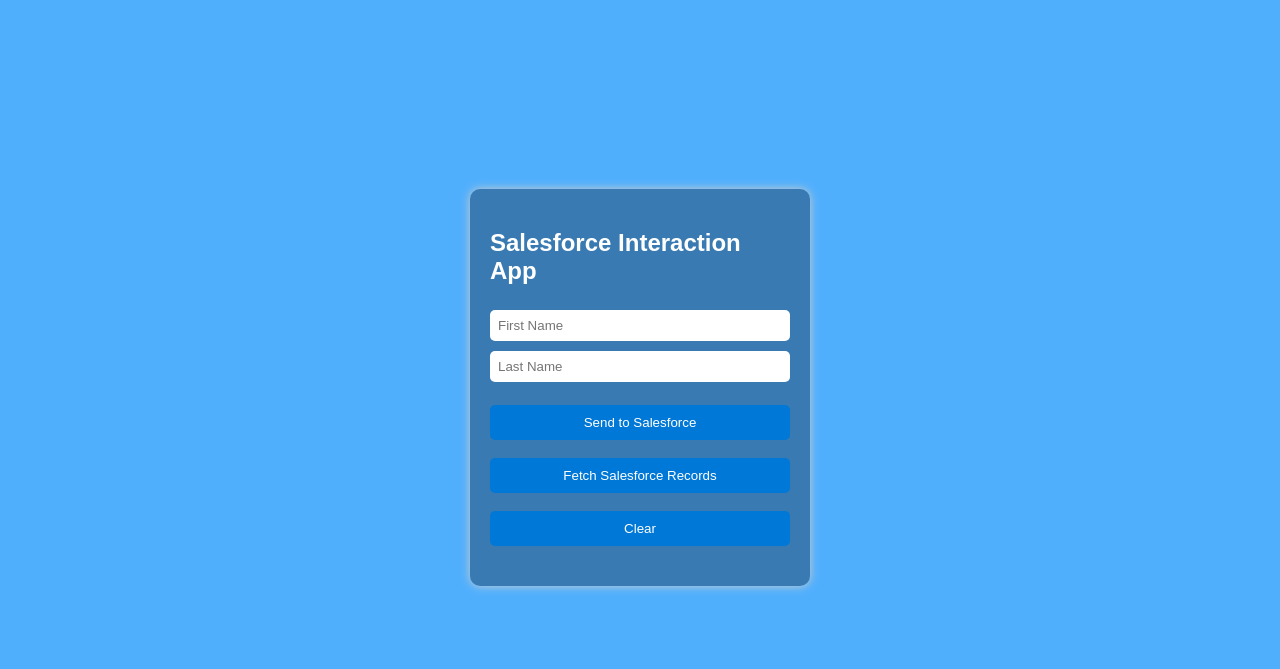
Repository: PamodaW/SalesforceSync
Page: Client/index.html
These files come from the project's save history. The page is drawn as it stood at one moment and after the next save; the edit follows.
The browser window is 1280 px wide. The pictures show the whole page.

Above is the page before, as saved 2024-11-20 15:38:22.

After the next save:
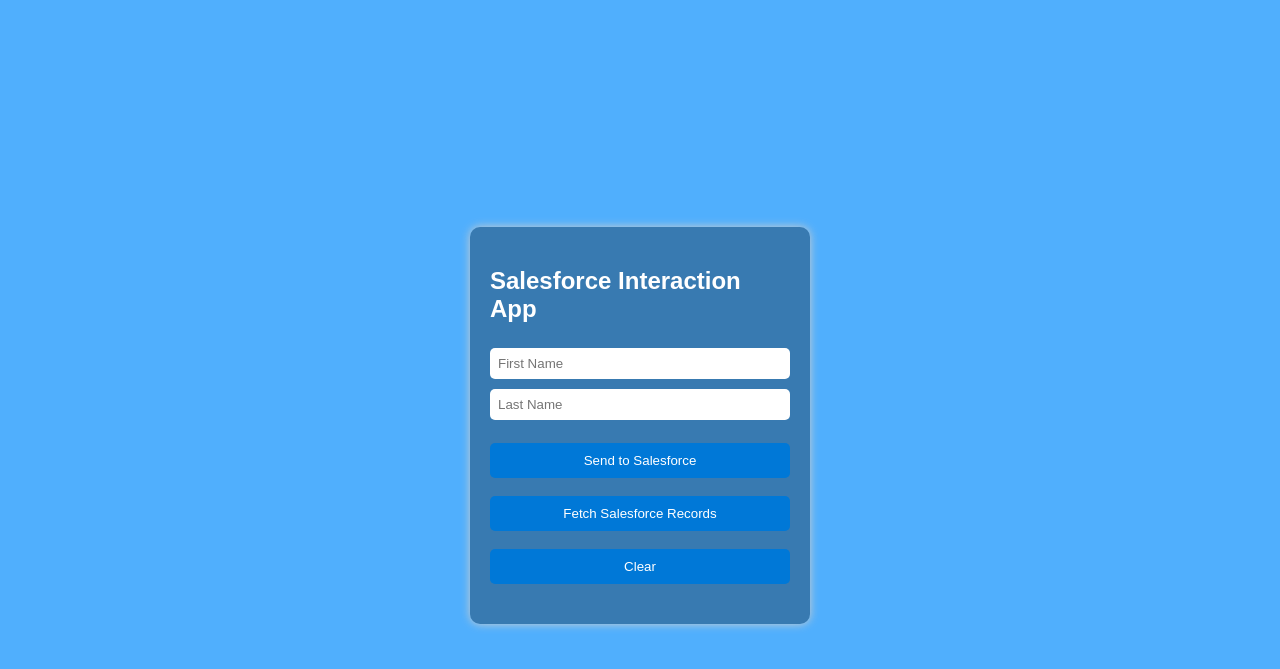
Saved 10 s later.
--- a/Client/style.css
+++ b/Client/style.css
@@ -12,7 +12,7 @@
     box-shadow: 0 0 10px #ccc;
     background-color: rgba(0, 0, 0, 0.3); /* 30% transparent black background */
     color: #ffffff; /* Text color remains opaque */
-    margin-top: 5cm;
+    margin-top: 6cm;
 }
 
 input {
